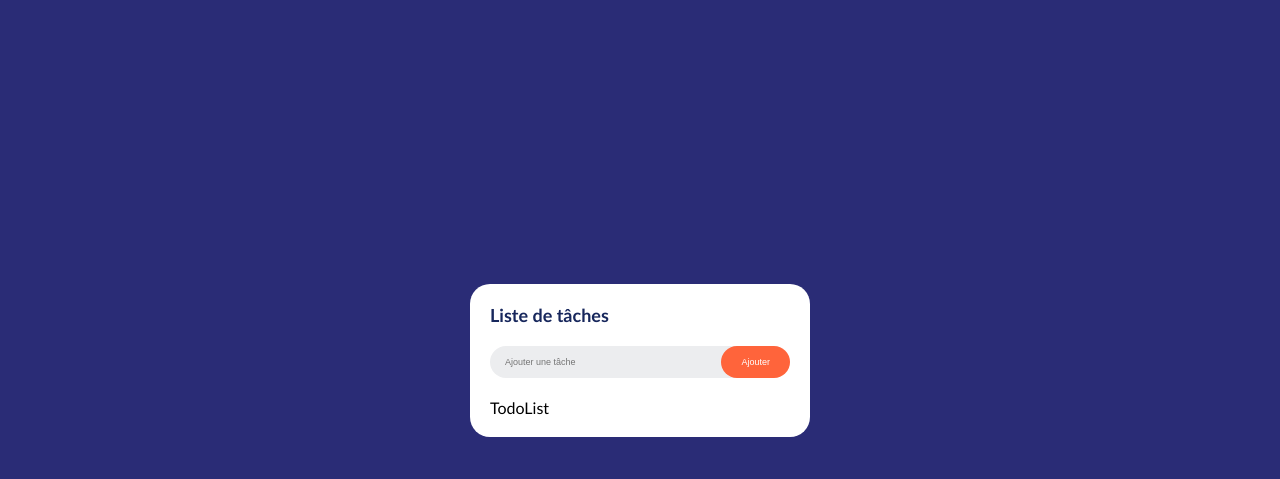
Repository: ndiemenguer/convertisseur
Page: / (app in todo-isep/)
The author's editor kept a copy of each file at every save. The page is drawn from the files as they stood at one save, then again after the next save.
The browser window is 1280 px wide. The pictures show the whole page.
The project was rebuilt for these pictures with package versions that can differ from the ones it lists, and the page was loaded fresh each time. Also part of the build but not shown: todo-isep/vite.config.js, todo-isep/src/Application.jsx, todo-isep/src/index.css.

Above is the page before, as saved 2023-05-06 12:49:55.

### todo-isep/src/main.jsx
import React from 'react'
import ReactDOM from 'react-dom/client'
import App from './App.jsx'
import ApplicationDev from './Application.jsx'
import './index.css'


ReactDOM.createRoot(document.getElementById('root')).render(
  <React.StrictMode>
    <App />
  </React.StrictMode>,
)

### todo-isep/src/App.jsx
import { useState } from "react";
import "./App.css";
import TodoList from "./components/TodoList";

function App() {
  const [todos, setTodos] = useState([
    { id: 1, name: "Todo1", complete: false },
    { id: 2, name: "Todo2", complete: false },
  ]);

  return (
    <>
      <main className="container">
        <div className="title">Liste de tâches</div>
        <div className="input-box">
          <input
            type="text"
            className="input"
            placeholder="Ajouter une tâche"
          />
          <button className="button">Ajouter</button>
        </div>
        <div className="todo-list">
          <TodoList />
        </div>
      </main>
    </>
  );
}

export default App;

### todo-isep/src/App.css
body {
  background: #2a2c76;
  display: flex;
  height: 100vh;
  width: 100vw;
  margin: 0;
  justify-content: center;
  align-items: center;
  font-family: calibri;
}

.container {
  background: white;
  width: 300px;
  min-height: 100px;
  border-radius: 20px;
  display: flex;
  flex-direction: column;
  gap: 20px;
  padding: 20px;
}

.container .title {
  font-size: 18px;
  font-weight: 600;
  color: #17275c;
}

.input-box {
  position: relative;
}

.todo-list {
  display: flex;
  flex-direction: column;
  gap: 10px;
  justify-content: center;
}

.todo-box {
  display: flex;
  justify-content: space-between;
}

.input {
  width: 90%;
  height: 30px;
  border-radius: 20px;
  border: 0;
  outline: none;
  background-color: #ecedef;
  padding-left: 15px;
  font-size: 9px;
}

.button {
  position: absolute;
  right: 0;
  bottom: 0;
  height: 32px;
  border-radius: 20px;
  border: 0;
  color: white;
  font-size: 9px;
  background-color: #ff643b;
  padding-left: 20px;
  padding-right: 20px;
  cursor: pointer;
  transition: 0.25s ease-in-out;
}

.button:hover {
  opacity: 0.8;
  transition: 0.25s ease-in-out;
}

.delete {
  font-weight: bold;
  padding: 3px;
  font-size: 8px;
  height: 20px;
  width: 20px;
  color: gray;
  cursor: pointer;
  transition: 0.25s ease-in-out;
  border-radius: 20px;
  display: flex;
  align-items: center;
  justify-content: center;
}

.delete:hover {
  background: #ececec;
  opacity: 0.7;
  transition: 0.25s ease-in-out;
}

.todo-name {
  font-size: 10px;
}

.todo-checkbox-name {
  display: flex;
  gap: 10px;
  align-items: center;
}

.checkbox {
  width: 10px;
  height: 10px;
  border: 1px solid gray;
  border-radius: 100%;
}

### todo-isep/src/components/TodoList.jsx
import React from "react";

function TodoList() {
  return <div>TodoList</div>;
}

export default TodoList;

Loaded but not shown: todo-isep/index.html (common file)

After the next save:
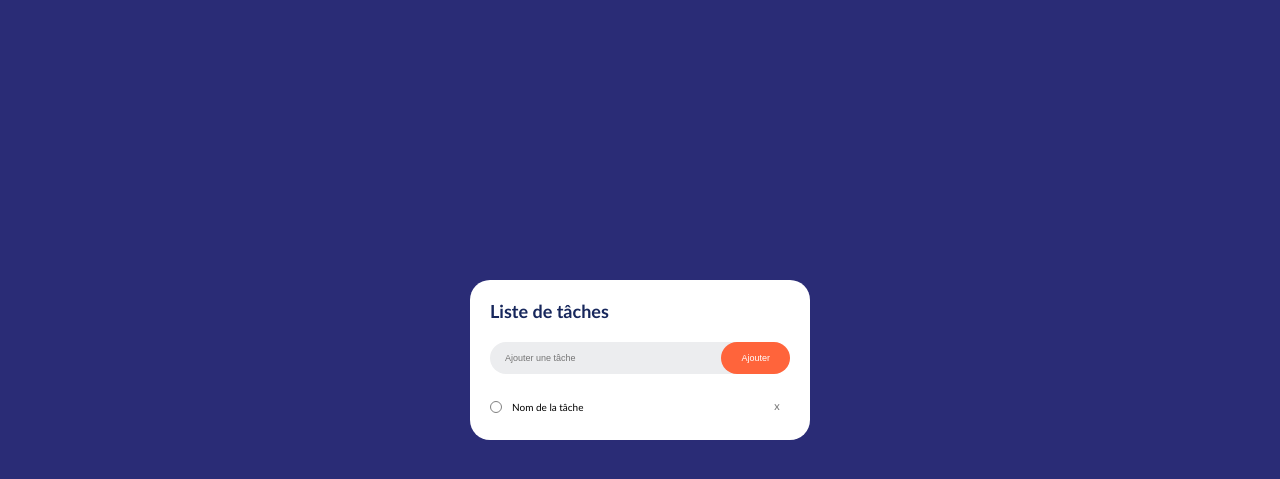
Saved 22 s later.
--- a/todo-isep/src/components/TodoList.jsx
+++ b/todo-isep/src/components/TodoList.jsx
@@ -1,7 +1,19 @@
 import React from "react";
 
 function TodoList() {
-  return <div>TodoList</div>;
+  return (
+    <>
+      <div className="todo-box">
+        <div className="todo-checkbox-name">
+          <div className="checkbox"></div>
+          <div className="todo-name">Nom de la tâche</div>
+        </div>
+        <div>
+          <div className="delete">X</div>
+        </div>
+      </div>
+    </>
+  );
 }
 
 export default TodoList;
